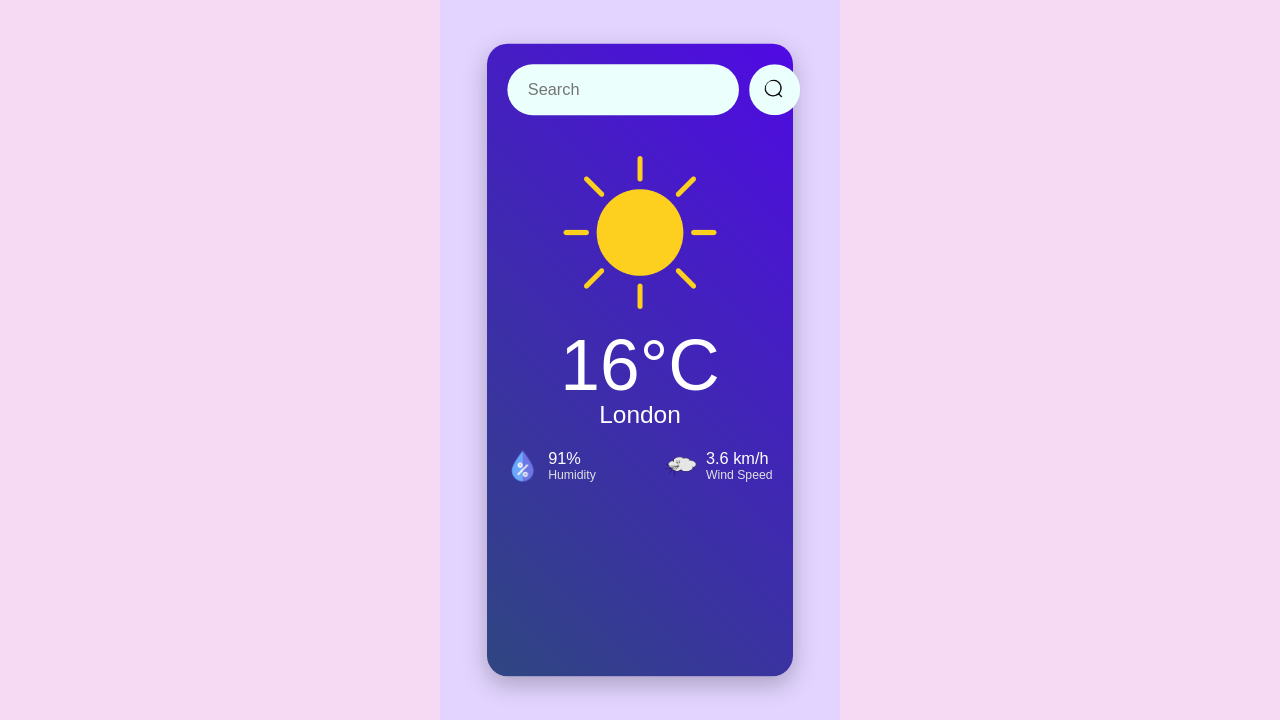
Repository: wakoya-tech/wheather-app
Page: /
These files come from the project's save history. The page is drawn as it stood at one moment and after the next save; the edit follows.
The browser window is 1280 px wide. The pictures show the whole page.
The pointer rests on the first visible `.weather`.
The project was rebuilt for these pictures with package versions that can differ from the ones it lists, and the page was loaded fresh each time. Also part of the build but not shown: vite.config.js, src/App.css.

Above is the page before, as saved 2025-10-18 22:01:43.

### index.html
<!DOCTYPE html>
<html lang="en">
  <head>
    <meta charset="UTF-8" />
    <link rel="icon" type="image/svg+xml" href="/vite.svg" />
    <meta name="viewport" content="width=device-width, initial-scale=1.0" />
    <title>Weather App - wakoCode</title>
  </head>
  <body>
    <div id="root"></div>
    <script type="module" src="/src/main.jsx"></script>
  </body>
</html>

### src/App.jsx
import { useState } from 'react'
import Weather from './Components/Weather'

import './App.css'

function App() {
 return(
 <div className='App'>

<Weather/>

 </div>

 )

}

export default App

### src/index.css

*{
    margin: 0;
    padding: 0;
    box-sizing: border-box;
    font-family: "poppins",sans-serif;
}
.App {
    min-height: 100vh;
    display: grid;
    background: #e2d4ff;
}

### src/Components/Weather.jsx
import React from 'react';
import './Weather.css';
import search_icon from '../assets/Search.png';
import clear from '../assets/Clear.png';
import wind from '../assets/Wind.png';
import humidity from '../assets/Humidity.png';

function Weather() {
  return (
    <div className='weather'>
      <div className="search-bar">
        <input type="text" placeholder='Search' />
        <img src={search_icon} alt="Search" />
      </div>

      <img src={clear} alt="Weather Icon" className='weather-icon' />
      <p className='temperature'>16°C</p>
      <p className='location'>London</p>

      <div className="weather-data">
        <div className="col">
          <img src={humidity} alt="Humidity" />
          <div>
            <p>91%</p>
            <span>Humidity</span>
          </div>
        </div>

        <div className="col">
          <img src={wind} alt="Wind Speed" />
          <div>
            <p>3.6 km/h</p>
            <span>Wind Speed</span>
          </div>
        </div>
      </div>
    </div>
  );
}

export default Weather;

### src/Components/Weather.css
/* Center the entire app on screen */
body {
    margin: 0;
    height: 100vh;
    display: flex;
    justify-content: center;
    align-items: center;
    background: #f6daf4;
    font-family: Arial, sans-serif;
  }

  /* Weather container */
  .weather {
    width: 90%;
    max-width: 300px;
    margin: 50px;
    padding: 20px;
    border-radius: 20px;
    background-image: linear-gradient(45deg, #2f4680, #500ae4);
    display: flex;
    flex-direction: column;
    align-items: center;
    box-shadow: 0 8px 24px rgba(0, 0, 0, 0.25);
    transition: transform 0.3s ease;
  }

  .weather:hover {
    transform: scale(1.02);
  }

  /* Search Bar */
  .search-bar {
    display: flex;
    align-items: center;
    gap: 10px;
    width: 100%;
    margin-bottom: 20px;
  }

  .search-bar input {
    flex: 1;
    height: 50px;
    font-size: 16px;
    border-radius: 40px;
    padding-left: 20px;
    border: none;
    outline: none;
    color: #626262;
    background: #ebfffc;
  }

  .search-bar img {
    width: 50px;
    padding: 15px;
    border-radius: 50%;
    background: #ebfffc;
    cursor: pointer;
    transition: 0.2s ease;
  }

  .search-bar img:hover {
    background: #d6f5f2;
    transform: scale(1.05);
  }

  /* Weather Display */
  .weather-icon {
    width: 150px;
    margin: 20px 0;
  }

  .temperature {
    color: #fff;
    font-size: 70px;
    line-height: 1;
  }

  .location {
    color: #fff;
    font-size: 24px;
    margin-bottom: 20px;
  }

  /* Weather Data */
  .weather-data {
    width: 100%;
    display: flex;
    justify-content: space-between;
    color: #fff;
  }

  .weather-data .col {
    display: flex;
    align-items: center;
    gap: 10px;
    font-size: 16px;
  }

  .weather-data .col span {
    display: block;
    font-size: 12px;
    color: #e0e0e0;
  }

  .weather-data .col img {
    width: 30px;
  }

Loaded but not shown: src/main.jsx (common file)

After the next save:
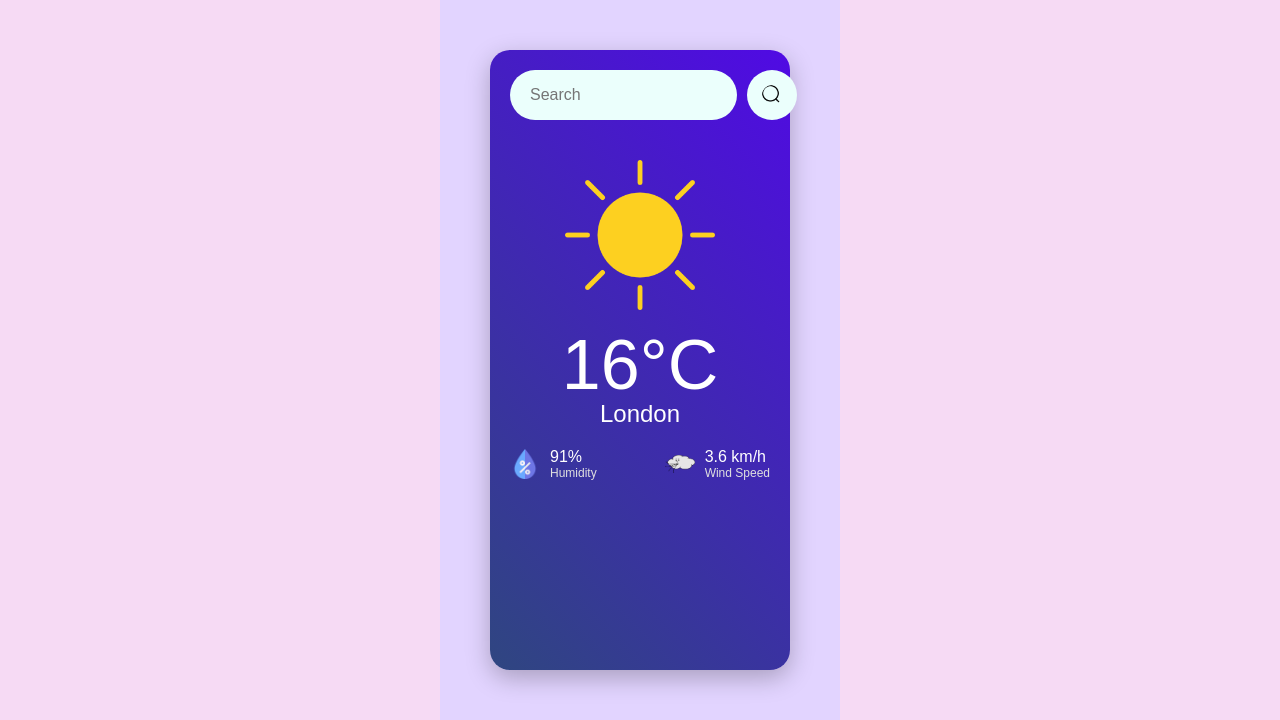
Saved 20 s later.
--- a/src/Components/Weather.css
+++ b/src/Components/Weather.css
@@ -25,7 +25,7 @@
   }
 
   .weather:hover {
-    transform: scale(1.02);
+
   }
 
   /* Search Bar */

After the save that followed:
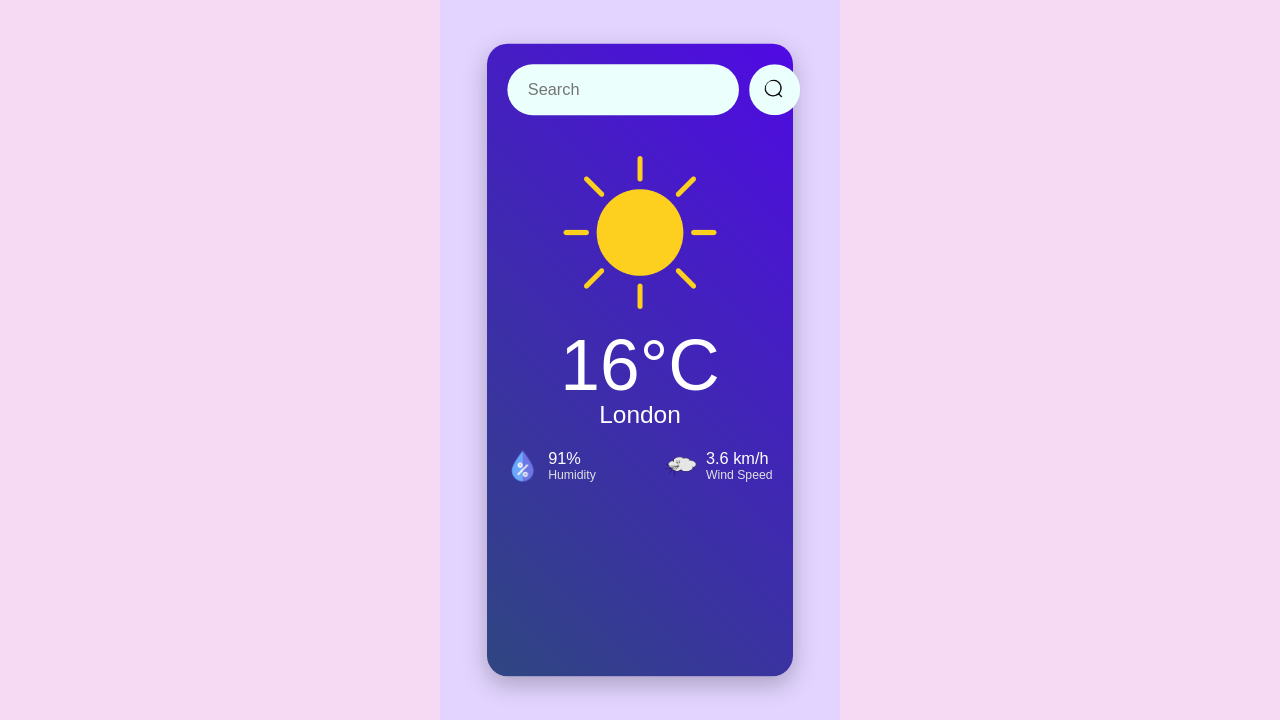
Saved 7 s later.
--- a/src/Components/Weather.css
+++ b/src/Components/Weather.css
@@ -25,7 +25,7 @@
   }
 
   .weather:hover {
-
+    transform: scale(1.02);
   }
 
   /* Search Bar */
